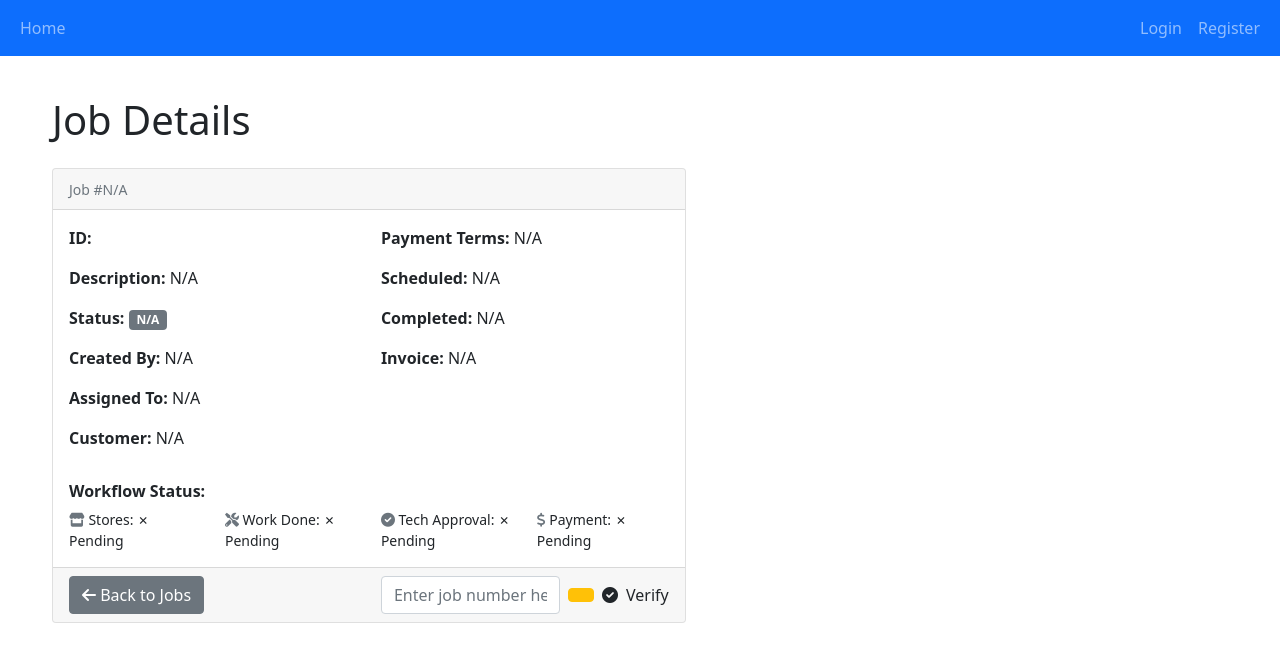
Repository: Matsikembareb/myPowervision
Page: 01prototype/myPowervision/templates/job_management/helpdesk/verify_job.html
An editor plug-in stored every save of this project. The page is shown before and after the next save, followed by the edit.
The browser window is 1280 px wide. The pictures show the whole page.
The page is served by the project's application, run on Flask 3 (01prototype/myPowervision/__init__.py). Other server files are loaded and not shown. The template is opened directly, without the code that normally fills it, so the values that code supplies are empty.

Above is the page before, as saved 2025-10-01 15:45:25.

### 01prototype/myPowervision/templates/job_management/helpdesk/verify_job.html
{% extends "base.html" %}
{% block content %}
<div class="container-fluid mt-4">
    <h1 class="mb-4">Job Details</h1>

    <!-- Single job display (no loop needed) -->
    <div class="row">
        <div class="col-md-8">
            <div class="card h-100">
                <div class="card-header">
                    <h5 class="card-title mb-0">{{ job.title }}</h5>
                    <small class="text-muted">Job #{{ job.job_number or "N/A" }}</small>
                </div>
                <div class="card-body">
                    <div class="row">
                        <div class="col-md-6">
                            <p><strong>ID:</strong> {{ job.id }}</p>
                            <p><strong>Description:</strong> {{ job.description or "N/A" }}</p>
                            <p><strong>Status:</strong> <span class="badge bg-secondary">{{ job.status or "N/A" }}</span></p>
                            <p><strong>Created By:</strong> {{ job.created_by.username if job.created_by else "N/A" }}</p>
                            <p><strong>Assigned To:</strong> {{ job.assigned_to.username if job.assigned_to else "N/A" }}</p>
                            <p><strong>Customer:</strong> {{ job.customer.company_name if job.customer else "N/A" }}</p>
                        </div>
                        <div class="col-md-6">
                            <p><strong>Payment Terms:</strong> {{ job.payment_terms or "N/A" }}</p>
                            <p><strong>Scheduled:</strong>
                                {% if job.date_scheduled %}
                                    {{ job.date_scheduled.strftime('%d/%m/%Y at %H:%M') }}
                                {% else %}
                                    N/A
                                {% endif %}
                            </p>
                            <p><strong>Completed:</strong>
                                {% if job.date_completed %}
                                    {{ job.date_completed.strftime('%d/%m/%Y at %H:%M') }}
                                {% else %}
                                    N/A
                                {% endif %}
                            </p>
                            <p><strong>Invoice:</strong> {{ job.invoice_number or "N/A" }}</p>
                        </div>
                    </div>

                    {% if job.notes %}
                    <div class="mt-3">
                        <p><strong>Notes:</strong></p>
                        <p class="text-muted">{{ job.notes }}</p>
                    </div>
                    {% endif %}

                    <div class="mt-3">
                        <h6><strong>Workflow Status:</strong></h6>
                        <div class="row">
                            <div class="col-md-3">
                                <small class="d-block">
                                    <i class="fas fa-store {{ 'text-success' if job.stores_confirmation else 'text-muted' }}"></i>
                                    Stores: {{ "✓ Confirmed" if job.stores_confirmation else "✗ Pending" }}
                                </small>
                            </div>
                            <div class="col-md-3">
                                <small class="d-block">
                                    <i class="fas fa-tools {{ 'text-success' if job.work_done else 'text-muted' }}"></i>
                                    Work Done: {{ "✓ Complete" if job.work_done else "✗ Pending" }}
                                </small>
                            </div>
                            <div class="col-md-3">
                                <small class="d-block">
                                    <i class="fas fa-check-circle {{ 'text-success' if job.technical_manager_approval else 'text-muted' }}"></i>
                                    Tech Approval: {{ "✓ Approved" if job.technical_manager_approval else "✗ Pending" }}
                                </small>
                            </div>
                            <div class="col-md-3">
                                <small class="d-block">
                                    <i class="fas fa-dollar-sign {{ 'text-success' if job.accounts_payment else 'text-muted' }}"></i>
                                    Payment: {{ "✓ Paid" if job.accounts_payment else "✗ Pending" }}
                                </small>
                            </div>
                        </div>
                    </div>
                </div>
                <div class="card-footer">
                    <div class="row align-items-center">
                        <div class="col-md-6">
                            <a href="{{ url_for('jobManagement') }}" class="btn btn-secondary">
                                <i class="fas fa-arrow-left"></i> Back to Jobs
                            </a>
                        </div>
                        <div class="col-md-6">
                            <form method="POST" action="" class="d-flex justify-content-end align-items-center gap-2">
                                <input type="text" class="form-control" id="job_number_verify" name="job_number_verify" placeholder="Enter job number here to Verify" required>
                                <button type="submit" class="btn btn-warning text-nowrap" onclick="return confirm('Are you sure you want to verify this job? This action cannot be undone.')"></button>
                                    <i class="fas fa-check-circle"></i> Verify
                                </button>
                            </form>
                        </div>
                    </div>
                </div>
            </div>
        </div>
    </div>
</div>
{% endblock %}

### 01prototype/myPowervision/templates/base.html
<!doctype html>
<html lang="en">
  <head>
    <!-- Required meta tags -->
    <meta charset="utf-8">
    <meta name="viewport" content="width=device-width, initial-scale=1">

    <!-- Bootstrap CSS -->
    <link href="https://cdn.jsdelivr.net/npm/bootstrap@5.0.2/dist/css/bootstrap.min.css" rel="stylesheet" integrity="sha384-EVSTQN3/azprG1Anm3QDgpJLIm9Nao0Yz1ztcQTwFspd3yD65VohhpuuCOmLASjC" crossorigin="anonymous">
    <!-- Font Awesome for icons -->
    <link href="https://cdnjs.cloudflare.com/ajax/libs/font-awesome/6.0.0/css/all.min.css" rel="stylesheet">

    {% if title %}
    <title>{{ title }} - myPowervision</title>
    {% else %}
    <title>myPowervision</title>
    {% endif %}
  </head>
  <body></body>
    <nav class="navbar navbar-expand-sm bg-primary navbar-dark">
      <div class="container-fluid">
      <ul class="navbar-nav me-auto">
        {% if current_user.is_authenticated %}
          {% if current_user.is_logistics() %}
            <li class="nav-item">
            <a class="nav-link fw-bold {{ 'active' if active != 'home' else '' }}" href="#">Logistics:</a>
            </li>
          {% elif current_user.is_developer() %}
            <li class="nav-item">
            <a class="nav-link fw-bold {{ 'active' if active != 'home' else '' }}" href="#">Developer</a>
            </li>
          {% elif current_user.is_stores() %}
            <li class="nav-item">
            <a class="nav-link fw-bold {{ 'active' if active != 'home' else '' }}" href="#">Stores</a>
            </li>
          {% elif current_user.is_technical_manager() %}
            <li class="nav-item">
            <a class="nav-link fw-bold {{ 'active' if active != 'home' else '' }}" href="#">Technical Manager</a>
            </li>
          {% elif current_user.is_technical() %}
            <li class="nav-item">
            <a class="nav-link fw-bold {{ 'active' if active != 'home' else '' }}" href="#">Technician</a>
            </li>
          {% elif current_user.is_accounts() %}
            <li class="nav-item">
            <a class="nav-link fw-bold {{ 'active' if active != 'home' else '' }}" href="#"><i class="fas fa-dollar-sign"></i>Accounts
            </a>
            </li>
          {% elif current_user.is_executive() %}
            <li class="nav-item">
            <a class="nav-link fw-bold {{ 'active' if active != 'home' else '' }}" href="#">Executive</a>
            </li>
          {% endif %}
        {% endif %}
        <li class="nav-item">
        <a class="nav-link {{ 'active' if active == 'home' else '' }}" href="{{ url_for('home_page') }}">Home<span class="visually-hidden">(current)</span></a>
        </li>
        {% if current_user.is_authenticated %}
          {% if current_user.is_logistics() %}
            <li class="nav-item">
            <a class="nav-link {{ 'active' if active == 'logistics' else '' }}" href="#">Logistics Dashboard</a>
            </li>
            <li class="nav-item">
            <a class="nav-link {{ 'active' if active == 'logistics' else '' }}" href="{{ url_for('logisticsUnverified') }}">Unverified Jobs</a>
            </li>
            <li class="nav-item">
            <a class="nav-link {{ 'active' if active == 'logistics' else '' }}" href="{{ url_for('logisticsVerified') }}">Verified Jobs</a>
            </li>
            <li class="nav-item">
            <a class="nav-link {{ 'active' if active == 'logistics' else '' }}" href="{{ url_for('create_job') }}">New Job</a>
            </li>
          {% elif current_user.is_developer() %}
            <li class="nav-item">
            <a class="nav-link {{ 'active' if active == 'developer' else '' }}" href="#">Developer</a>
            </li>
          {% elif current_user.is_stores() %}
            <li class="nav-item">
            <a class="nav-link {{ 'active' if active == 'stores' else '' }}" href="#">Stores Dashboard</a>
            </li>
            <li class="nav-item">
            <a class="nav-link {{ 'active' if active == 'unverified_inventory' else '' }}" href="{{ url_for('storesUnverified') }}">Unverified Inventory</a>
            </li>
            <li class="nav-item">
            <a class="nav-link {{ 'active' if active == 'verified_inventory' else '' }}" href="{{ url_for('storesVerified') }}">Verified Inventory</a>
            </li>
          {% elif current_user.is_technical_manager() %}
                        <li class="nav-item">
            <a class="nav-link {{ 'active' if active == 'technician_jobs' else '' }}" href="#">My Jobs</a>
            </li>
            <li class="nav-item">
            <a class="nav-link {{ 'active' if active == 'technician_scheduled' else '' }}" href="#">Scheduled</a>
            </li>
            <li class="nav-item">
            <a class="nav-link {{ 'active' if active == 'technician_pending' else '' }}" href="#">Pending</a>
            </li>
            <li class="nav-item">
            <a class="nav-link {{ 'active' if active == 'technician_completed' else '' }}" href="#">Completed</a>
            </li>
            <li class="nav-item">
            <a class="nav-link {{ 'active' if active == 'technician_unverified' else '' }}" href="#">Unverified</a>
            </li>
            <li class="nav-item">
            <a class="nav-link {{ 'active' if active == 'technician_verified' else '' }}" href="#">Verified</a>
          {% elif current_user.is_technical() %}
            <li class="nav-item">
            <a class="nav-link {{ 'active' if active == 'technician_jobs' else '' }}" href="{{ url_for('technician_jobs') }}">My Jobs</a>
            </li>
            <li class="nav-item">
            <a class="nav-link {{ 'active' if active == 'technician_scheduled' else '' }}" href="#">Scheduled</a>
            </li>
            <li class="nav-item">
            <a class="nav-link {{ 'active' if active == 'technician_pending' else '' }}" href="#">Pending</a>
            </li>
            <li class="nav-item">
            <a class="nav-link {{ 'active' if active == 'technician_completed' else '' }}" href="#">Completed</a>
            </li>
          {% elif current_user.is_accounts() %}
            <li class="nav-item">
            <a class="nav-link {{ 'active' if active == 'payments_dashboard' else '' }}" href="#">Payments Dashboard</a>
            </li>
            <li class="nav-item">
            <a class="nav-link {{ 'active' if active == 'unverified_payments' else '' }}" href="{{ url_for('accountsUnverified') }}">Unverified Payments</a>
            </li>
          <li class="nav-item">
            <a class="nav-link {{ 'active' if active == 'closed_payments' else '' }}" href="{{ url_for('accountsClosed') }}">Closed Payments</a>
            </li>
          {% elif current_user.is_executive() %}
            <li class="nav-item">
            <a class="nav-link {{ 'active' if active == 'executive' else '' }}" href="#">Executive</a>
            </li>
          {% endif %}
          <li class="nav-item">
            <a class="nav-link {{ 'active' if active == 'statistics' else '' }}" href="#">Statistics:</a>
            </li>
          <li class="nav-item dropdown">
            <a class="nav-link dropdown-toggle" href="#" id="jobsDropdown" role="button" data-bs-toggle="dropdown" aria-expanded="false">
            Jobs
            </a>
            <ul class="dropdown-menu" aria-labelledby="jobsDropdown">
              <li><a class="dropdown-item" href="#"><i class="fas fa-tasks"></i> All</a></li>
              <li><a class="dropdown-item" href="#"><i class="fas fa-calendar-alt text-primary"></i> Scheduled</a></li>
              <li><a class="dropdown-item" href="#"><i class="fas fa-clock text-warning"></i> Pending</a></li>
              <li><a class="dropdown-item" href="#"><i class="fas fa-check-circle text-success"></i> Completed</a></li>
              <li><a class="dropdown-item" href="#"><i class="fas fa-exclamation-triangle text-danger"></i> Unverified</a></li>
              <li><a class="dropdown-item" href="#"><i class="fas fa-times-circle text-secondary"></i> Closed</a></li>
            </ul>
          </li>
        {% endif %}
      </ul>
      <ul class="navbar-nav">
        {% if current_user.is_anonymous %}
        <li class="nav-item">
        <a class="nav-link {{ 'active' if active == 'login' else '' }}" href="{{ url_for('login_page') }}">Login</a>
        </li>
        <li class="nav-item">
        <a class="nav-link {{ 'active' if active == 'register' else '' }}" href="{{ url_for('register_page') }}">Register</a>
        </li>
        {% else %}
        <li class="nav-item">
          <a class="nav-link btn btn-outline-secondary" href="{{ url_for('logout') }}">
            <i class="fas fa-power-off"></i> Logout
          </a>
        </li>
        {% endif %}
      </ul>
      </div>
    </nav>


    <!-- Flash messages -->
    {% with messages=get_flashed_messages(with_categories=True) %}
      {% if messages %}
        <div class="container-fluid mt-3">
          {% for category, message in messages %}
            <div class="alert alert-{{ category }} alert-dismissible fade show">
              <button type="button" class="btn-close" data-bs-dismiss="alert" aria-label="Close"></button>
              {{ message }}
            </div>
          {% endfor %}
        </div>
      {% endif %}
    {% endwith %}

    <!-- Main layout with sidebar and content -->
    <div class="container-fluid">
      <div class="row">
        {% if current_user.is_authenticated %}
        <!-- Vertical Sidebar -->
        <div class="col-md-3 col-lg-2 px-0">
          {% include 'menu.html' %}
        </div>
        {% endif %}
        <!-- Main Content Area -->
        <div class="col-md-9 col-lg-10">
          <main class="p-3">
            {% block content %}{% endblock content %}
          </main>
        </div>
      </div>
    </div>

    <!-- Bootstrap Bundle with Popper -->
    <script src="https://cdn.jsdelivr.net/npm/bootstrap@5.0.2/dist/js/bootstrap.bundle.min.js" integrity="sha384-MrcW6ZMFYlzcLA8Nl+NtUVF0sA7MsXsP1UyJoMp4YLEuNSfAP+JcXn/tWtIaxVXM" crossorigin="anonymous"></script>
  </body>
</html>

### 01prototype/myPowervision/__init__.py
from flask import Flask, render_template, redirect, url_for, flash
from config import Config
from flask_sqlalchemy import SQLAlchemy
from flask_migrate import Migrate
from flask_login import LoginManager

app = Flask(__name__)
app.config.from_object(Config)
db = SQLAlchemy(app)
migrate = Migrate(app, db)
login = LoginManager(app)
login.login_view = 'login_page'

from myPowervision import routes, models

After the next save:
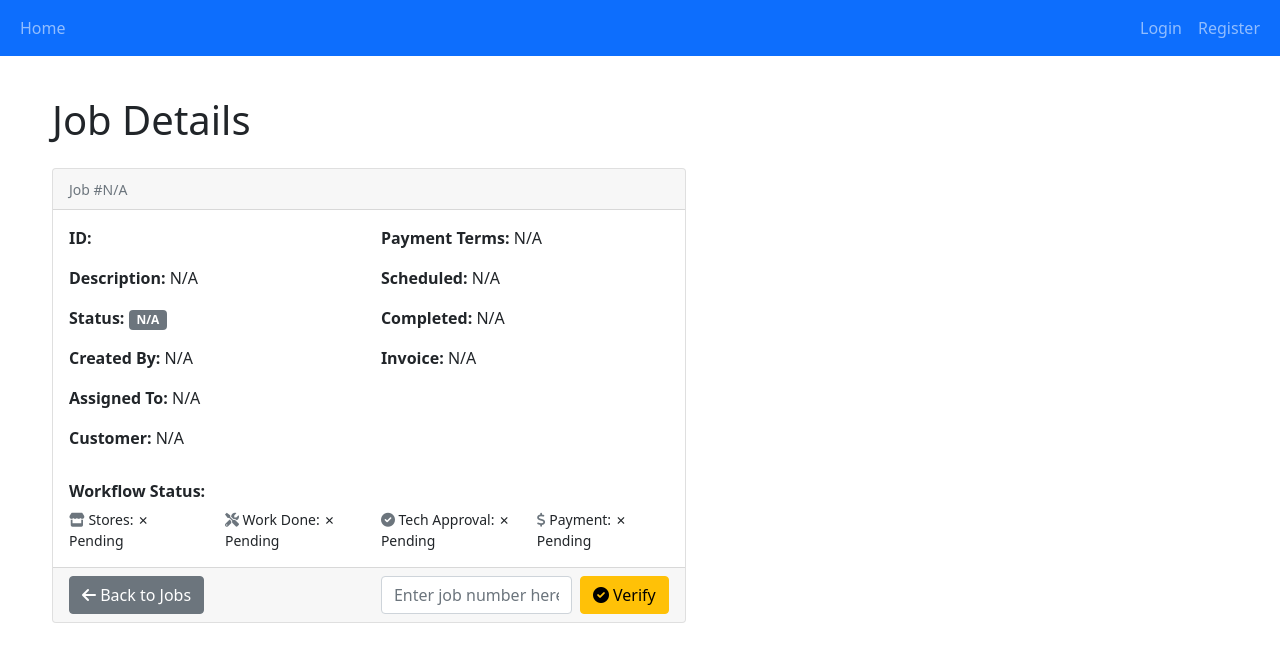
Saved 5 s later.
--- a/01prototype/myPowervision/templates/job_management/helpdesk/verify_job.html
+++ b/01prototype/myPowervision/templates/job_management/helpdesk/verify_job.html
@@ -88,7 +88,7 @@
                         <div class="col-md-6">
                             <form method="POST" action="" class="d-flex justify-content-end align-items-center gap-2">
                                 <input type="text" class="form-control" id="job_number_verify" name="job_number_verify" placeholder="Enter job number here to Verify" required>
-                                <button type="submit" class="btn btn-warning text-nowrap" onclick="return confirm('Are you sure you want to verify this job? This action cannot be undone.')"></button>
+                                <button type="submit" class="btn btn-warning text-nowrap" onclick="return confirm('Are you sure you want to verify this job? This action cannot be undone.')">
                                     <i class="fas fa-check-circle"></i> Verify
                                 </button>
                             </form>
